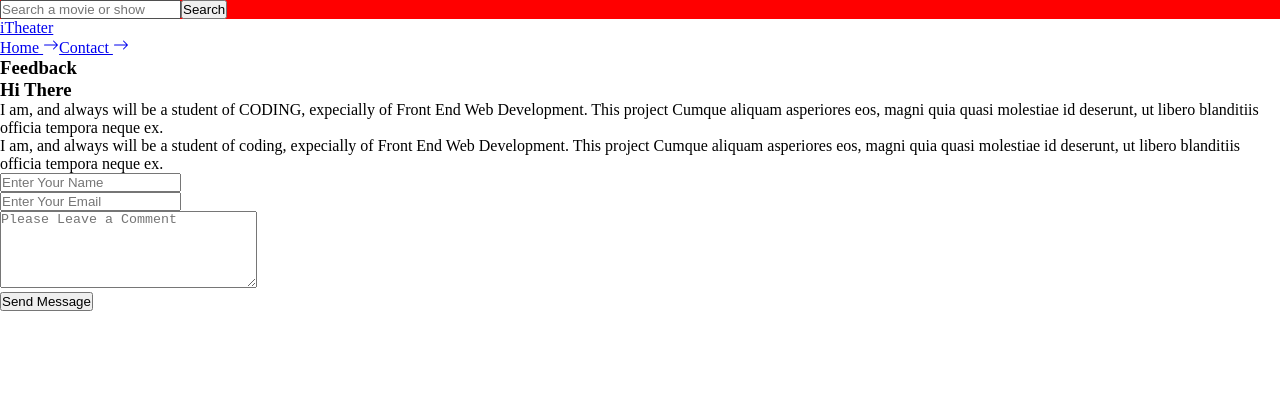
Repository: just-mann/itheater
Page: /contact
The author's editor kept a copy of each file at every save. The page is drawn from the files as they stood at one save, then again after the next save.
The browser window is 1280 px wide. The pictures show the whole page.
The page's requests for data from a server got no answer. Some web fonts or font styles are not loaded; a fallback is used. The project was rebuilt for these pictures with package versions that can differ from the ones it lists, and the page was loaded fresh each time. No one was signed in, and anything a server would have sent is missing. Also part of the build but not shown: src/components/MovieDetail.js, src/components/ShowList.js.

Above is the page before, as saved 2021-07-17 05:46:34.

After the next save:
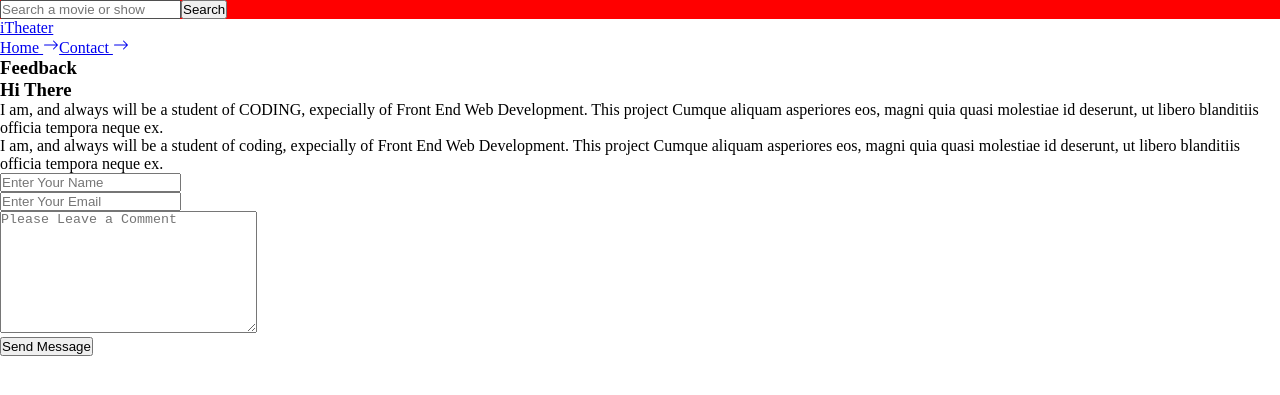
Saved 31 s later.
--- a/src/components/Contact.js
+++ b/src/components/Contact.js
@@ -60,7 +60,7 @@ const Contact = () => {
                         </div>
                         <div>
                             {/* <label htmlFor="message">Message</label> */}
-                            <textarea name="message" id="message" cols="30" rows="5" placeholder="Please Leave a Comment" required></textarea>
+                            <textarea name="message" id="message" cols="30" rows="8" placeholder="Please Leave a Comment" required></textarea>
                         </div>
                         <div>
                             <input type="submit" value="Send Message" />
